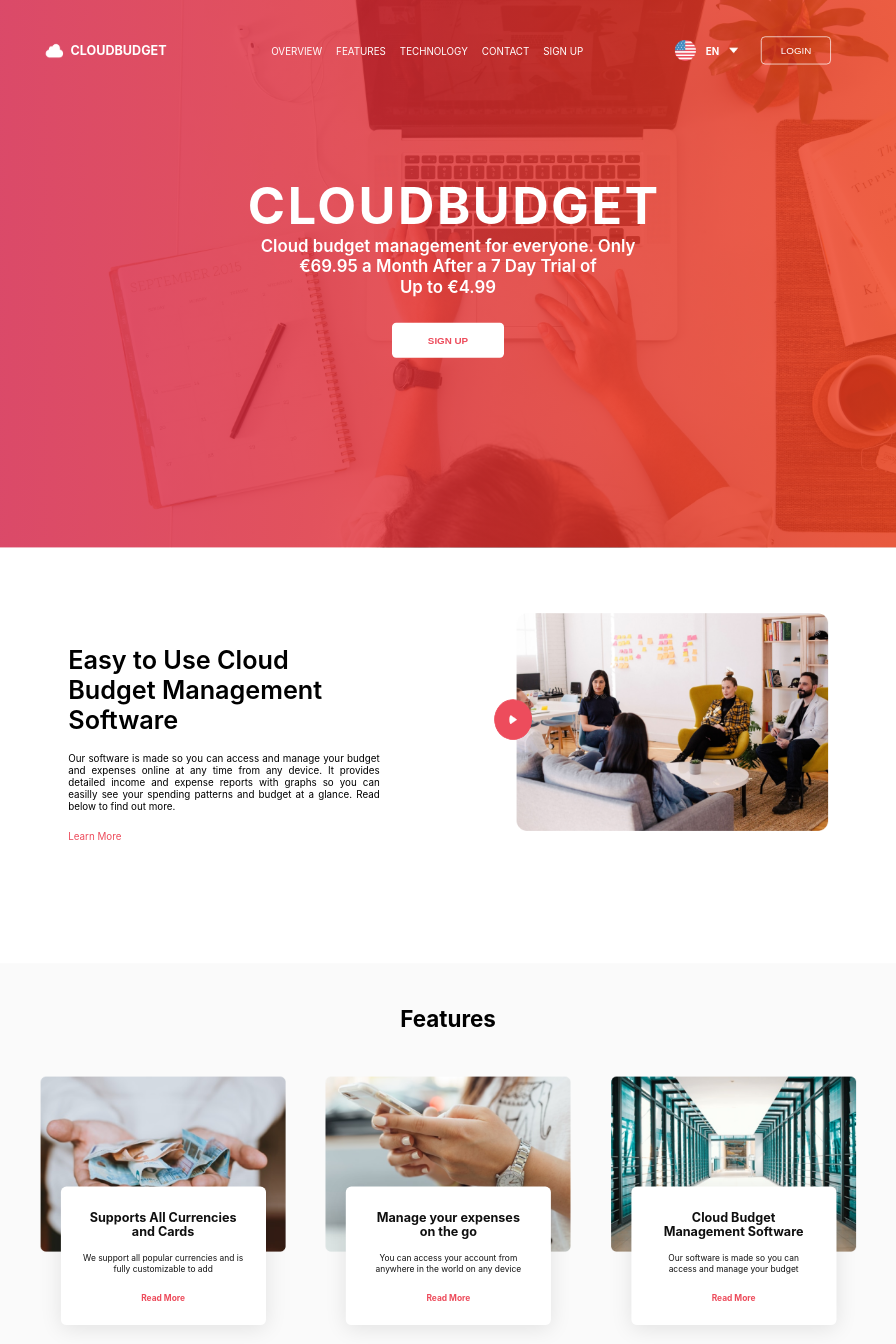
Repository: Ola-22/cloudBudget
Page: /
These files come from the project's save history. The page is drawn as it stood at one moment and after the next save; the edit follows.
The browser window is 1280 px wide. The pictures show the part of the page from y = 0 to 1920 px (the page is 4028 px tall), at 70% of full size.
The project was rebuilt for these pictures with package versions that can differ from the ones it lists, and the page was loaded fresh each time.

Above is the page before, as saved 2021-09-14 18:11:53.

### src/App.js
import "./App.css";
import {
  Navbar,
  MainContent,
  VideoSection,
  Features,
  Technology,
  AppDownload,
  Contact,
  Footer,
} from "./components/component-path";

function App() {
  return (
    <div className="App">
      <div
        className="app-main"
        style={{
          backgroundImage:
            "linear-gradient(90deg, rgba(213, 32, 71, 0.8) 0%, rgba(238, 61, 27, 0.8) 100%),url(/images/bg.png)",
          height: "782px",
        }}
      >
        <Navbar />
        <MainContent />
      </div>
      <VideoSection />
      <Features />
      <Technology />
      <AppDownload />
      <Contact />
      <Footer />
    </div>
  );
}

export default App;

### src/App.css
*{
  margin: 0;
  padding: 0;
  box-sizing: border-box;
}

.app-main{
  /* height: 782px; */
  background-position: center;
  background-repeat: no-repeat;
  background-size: cover;
  position: relative;
}

### src/Components/component-path.js
export { default as Navbar } from "./Navbar";
export { default as MainContent } from "./MainContent";
export { default as VideoSection } from "./VideoSection";
export { default as Features } from "./Features";
export { default as Technology } from "./Technology";
export { default as AppDownload } from "./AppDownload";
export { default as Contact } from "./Contact";
export { default as Footer } from "./Footer";

### src/Components/Navbar/index.jsx
import "./style.scss";
import { Link, BrowserRouter as Router } from "react-router-dom";

function Navbar() {
  return (
    <div className="nav-main">
      <div className="nav-box">
        <img src="/images/Vector.png" alt="" />
        <h3>CLOUDBUDGET</h3>
      </div>
      <Router>
        <nav>
          <Link to="/">overview</Link>
          <Link to="/">features</Link>
          <Link to="/">technology</Link>
          <Link to="/">contact</Link>
          <Link to="/">sign up</Link>
        </nav>
      </Router>
      <div style={{ display: "flex", cursor: "pointer" }}>
        <div className="flag-box">
          <img src="/images/flag.png" alt="" />
          <h4>EN</h4>
          <img src="/images/vector2.png" alt="" />
        </div>
        <button>Login</button>
      </div>
    </div>
  );
}

export default Navbar;

### src/Components/MainContent/index.jsx
import "./style.css";

export default function MainContent() {
  return (
    <div className="main-content">
      <h1>CloudBudget</h1>
      <p>
        Cloud budget management for everyone. Only €69.95 a Month After a 7 Day
        Trial of
        <br /> Up to €4.99
      </p>
      <button>sign up</button>
    </div>
  );
}

### src/Components/VideoSection/index.jsx
import "./style.scss";

export default function VideoSection() {
  return (
    <div className="videoMain">
      <div className="video-content">
        <h2>Easy to Use Cloud Budget Management Software</h2>
        <p>
          Our software is made so you can access and manage your budget and
          expenses online at any time from any device. It provides detailed
          income and expense reports with graphs so you can easilly see your
          spending patterns and budget at a glance. Read below to find out more.
        </p>
        <a href="#">Learn More</a>
      </div>
      <div>
        <img src="/images/play.png" alt="" />
        <img src="/images/Video_bg.png" alt="" />
      </div>
    </div>
  );
}

### src/Components/Features/index.jsx
import FeaturesCard from "./FeaturesCard";
import "./style.scss";

export default function Features() {
  return (
    <div className="features-main">
      <h1>Features</h1>
      <div>
        <FeaturesCard
          src="/images/features1.png"
          title="Supports All Currencies and Cards"
          paragraph="We support all popular currencies and is fully customizable to add"
          readmore="Read More"
        />
        <FeaturesCard
          src="/images/features2.png"
          title="Manage your expenses on the go"
          paragraph="You can access your account from anywhere in the world on any device"
          readmore="Read More"
        />
        <FeaturesCard
          src="/images/features3.png"
          title="Cloud Budget Management Software"
          paragraph="Our software is made so you can access and manage your budget"
          readmore="Read More"
        />
      </div>
    </div>
  );
}

### src/Components/Technology/index.jsx
import "./style.scss";
import TechCard from "./TechCard";

export default function Technology() {
  return (
    <div className="tech-main">
      <h1>Technology</h1>
      <div>
        <TechCard
          src="/images/tech1.png"
          title="Cloud Storage"
          paragraph="Access your account from anywhere in the world on any device"
          background="01.png"
        />
        <TechCard
          src="/images/tech2.png"
          title="Secure"
          paragraph="All your information is stored on secure cloud servers"
          background="02.png"
        />
        <TechCard
          src="/images/tech3.png"
          title="PDF Download"
          paragraph="Download any of your reports in PDF format"
          background="03.png"
        />
        <TechCard
          src="/images/tech4.png"
          title="CSV Download"
          paragraph="All your information is stored on secure cloud servers"
          background="04.png"
        />
      </div>
    </div>
  );
}

### src/Components/AppDownload/index.jsx
import "./style.scss";

export default function AppDownload() {
  return (
    <div className="download-main">
      <div>
        <h1>Stay focused on saving money</h1>
        <p>
          It is important to stay focused on saving money in any way you can. We
          help you monitor your spending habits so you can easily spot and cut
          any unnecessary expenses. Simply join today to get started!
        </p>
        <img src="/images/playstore.png" alt="" />
        <img src="/images/applestore.png" alt="" />
        <img src="/images/windows.png" alt="" />
      </div>
      <div>
        <div>
          <img src="/images/Video_bg3.png" alt="" />
          <img src="/images/Video_bg2.png" alt="" />
        </div>
        <img src="/images/Video_bg1.png" alt="" />
      </div>
    </div>
  );
}

### src/Components/Contact/index.jsx
import "./style.scss";
import Input from "./Input";

export default function Contact() {
  return (
    <div className="contact-main">
      <div>
        <h4>Contact</h4>
        <p>
          Questions or concerns? Just fill out the form below and our support
          team will get back to you within 24 hours
        </p>
      </div>
      <div>
        <div>
          <Input
            name="first_name"
            id="first_name"
            type="text"
            // onChange={this.handleChange}
            // value={email}
            placeholder="First Name"
          />
          <Input
            name="last_name"
            id="last_name"
            type="text"
            // onChange={this.handleChange}
            // value={email}
            placeholder="Last Name"
          />
        </div>
        <div>
          <Input
            name="phone"
            id="phone"
            type="text"
            // onChange={this.handleChange}
            // value={email}
            placeholder="Phone Number"
          />
        </div>

        <select name="service" id="service">
          <option value="other">Select Service</option>
          <option value="other">other</option>
          <option value="other">other</option>
          <option value="other">other</option>
        </select>
        <button>Submit now</button>
      </div>
    </div>
  );
}

### src/Components/Footer/index.jsx
import "./style.scss";

export default function Footer() {
  return (
    <div className="footer-main">
      <div>
        <h3>Address</h3>
        <ul>
          <li> Pipang Ltd, Griva Digeni,</li>
          <li>81-83 Jacovides Tower, 1st Floor</li>
          <li>1090 Picosia USA</li>
        </ul>
        <p>Copyright 2018 CloudBudget</p>
      </div>

      <div>
        <h3>Services</h3>
        <ul>
          <li>Overview</li>
          <li>Features</li>
          <li>Technology</li>
          <li>Terms & Conditions</li>
          <li>Privecy</li>
        </ul>
      </div>
      <div>
        <h3>Get in Touch</h3>
        <ul>
          <li>info@cloudbudget.com</li>
          <li>+1 844-721-7120</li>
        </ul>
        <div>
          <a href="https://www.facebook.com/">
            <img src="/images/facebook.png" alt="" />
          </a>
          <a href="https://www.linkedin.com/">
            <img src="/images/linkedin.png" alt="" />
          </a>
          <a href="https://twitter.com/">
            <img src="/images/twitter.png" alt="" />
          </a>
        </div>
      </div>
      <div>
        <h3>We Support</h3>
        <img src="/images/secure.png" alt="" />
      </div>
    </div>
  );
}

### src/Components/Navbar/style.scss
@import "../../styles/variables.scss";

.nav-main{
  display: flex;
  align-items: center;
  justify-content: space-around;
  padding-top: 52px;
  & >nav{
    display: flex;
    & >a {
      margin-left: 20px;
      text-transform: uppercase;
      color: $whiteColor;
      font-size: 14px;
      text-decoration: none;
    }
  }

  & button{
    width: 100px;
    height: 40px;
    background-color: transparent;
    border-radius: 6px;
    border: 1px solid $whiteColor;
    font-size: 14px;
    text-transform: uppercase;
    color: $whiteColor;
    margin-inline-start: 28.81px;
    margin-inline-end: 28px;
  }
}

.nav-box{
  display: flex;
  // margin-left: 5%;
  & > h3{
    font-size: 18px;
    margin-left: 9.9px;
    color: white;
  }
}

.flag-box{
  display: flex;
  align-items: center;
  width: 96px;
  & > h4{
    font-size: 14px;
    color: $whiteColor;
    margin-inline-start: 13.81px;
    margin-inline-end: 13.81px;
  }
}

### src/Components/MainContent/style.css
.main-content {
  display: -webkit-box;
  display: -ms-flexbox;
  display: flex;
  -webkit-box-align: center;
      -ms-flex-align: center;
          align-items: center;
  -webkit-box-orient: vertical;
  -webkit-box-direction: normal;
      -ms-flex-direction: column;
          flex-direction: column;
  color: #ffffff;
  margin-top: 158px;
}

.main-content > h1 {
  font-size: 72px;
  text-transform: uppercase;
  margin-left: 18px;
  letter-spacing: 0.05em;
}

.main-content > p {
  font-size: 24px;
  width: 540px;
  height: 124px;
  font-weight: 600;
  overflow-wrap: break-word;
  text-align: center;
  margin: 0;
}

.main-content > button {
  background-color: #ffffff;
  border-radius: 6px;
  width: 160px;
  height: 50px;
  font-size: 14px;
  text-transform: uppercase;
  color: #ED4C5C;
  border: none;
  font-weight: 600;
  cursor: pointer;
}
/*# sourceMappingURL=style.css.map */

### src/Components/VideoSection/style.scss
@import "../../styles/variables.scss";

.videoMain{
  display: flex;
  justify-content: space-around;
  margin-top: 94px;
  height: 500px;
  flex-wrap: wrap;
  & > div:last-of-type{
    position: relative;
    & img:first-of-type{
      border: 1px solid $btnColor;
      background-color: $btnColor;
      border-radius: 50%;
      padding: 20px;
      // width: 18px;
      position: absolute;
      margin-top: 123px;
      left: -32px;
    }
  }
}

.video-content{
  width: 445px;
  & > h2{
    font-size: 36px;
    line-height: 43px;
    margin-top: 46px;
    font-weight: 600;
  }
  & > p{
    font-size: 14px;
    text-align: justify;
    margin: 24px 0;
  }
  & > a{
    color: $btnColor;
    font-size: 14px;
    text-decoration: none;
  }
}

### src/Components/Features/FeaturesCard/index.js
import "./style.scss";

export default function FeaturesCard({ src, title, paragraph, readmore }) {
  return (
    <div className="features-card">
      <img src={src} alt="" />
      <div>
        <h3>{title}</h3>
        <p>{paragraph}</p>
        <a href="#">{readmore}</a>
      </div>
    </div>
  );
}

### src/Components/Features/style.scss
.features-main{
  background-color: #fafafa;
  // padding-top: 60px;
  height: 600px;
  & >h1{
    text-align: center;
    padding-top: 60px;
    padding-bottom: 63px;
  }
  & > div:first-of-type{
    display: flex;
    justify-content: space-evenly;
    height: 660px;
    flex-wrap: wrap;
  }
}

### src/Components/Technology/style.scss
.tech-main{
   height: 500px;

   & > h1{
     font-size: 36px;
     text-align: center;
     padding-top: 63px;
     padding-bottom: 52px;
   }

  & > div:first-of-type{
    display: flex;
    justify-content: space-evenly;
    flex-wrap: wrap;
  }
}

### src/Components/Technology/TechCard/index.jsx
import "./style.scss";

export default function TechCard({ src, title, paragraph, background }) {
  return (
    <div
      className="tech-card"
      style={{
        backgroundImage: `url(/images/${background}`,
        backgroundRepeat: "no-repeat",
        position: "relative",
        backgroundPosition: "center top",
      }}
    >
      <img src={src} alt="" />
      <h2>{title}</h2>
      <p>{paragraph}</p>
    </div>
  );
}

### src/Components/AppDownload/style.scss
@import "../../styles/variables.scss";

.download-main{
  background-color: $btnColor;
  height: 500px;
  color: $whiteColor;
  display: flex;
  justify-content: space-evenly;
  position: relative;
  &>div:first-of-type{
    width: 445px;
    & > h1{
      margin-top: 122px;
      width: 445px;
      font-size: 36px;
      font-weight: 600;
      margin-bottom: 24px;
    }
    & >p{
      margin-bottom: 44px;
      font-size: 14px;
      text-align: justify;
    }
    & > img:not(:first-of-type){
      margin-left: 25px;
    }
  }
  &>div:last-of-type{
    width: 533px;
    position: relative;
    padding-top: 116px;
    & > div {
    display: flex;
    position: relative;
    & >img:first-of-type{
      position: absolute;
      left: 150px;
    }
    }
    & > img{
      position: absolute;
      left: 44px;
      top: 94px;
    }
  }
}

### src/Components/Contact/style.scss
@import "../../styles/variables.scss";

.contact-main{
  display: flex;
  margin-top: 117px;
  justify-content: space-evenly;
  height: 500px;
  &> div:first-of-type{
    width: 445px;
    height: 160px;
    & > h4{
      font-size: 36px;
      font-weight: 600;
      height: 107px;
    }
    & >p{
      height: 64px;
      font-size: 14px;
      text-align: justify;
    }
  }
  &>div:last-of-type{
    width: 540px;
    height: 305px;

    & input, & select{
       height: 60px;
       border-radius: 6px;
       font-size: 16px;
       color: rgba(19,39,67,0.5);
       padding-left: 31px;
       outline: none;
       border: 1px solid #333333;
    }

    & input, & >select{
      width: 540px;
      margin-top: 24px;
    }

    &>div:first-of-type{
       &  input{
       width: 255px;
      &:last-of-type{
        margin-left: 30px;
      }
    }
    }


    & > button{
      background-color: $btnColor;
      border-radius: 6px;
      width: 161px;
      height: 50px;
      margin-top: 27px;
      border: 1px solid $btnColor;
      color: $whiteColor;
      text-transform: uppercase;
      font-size: 14px;
    }
  }
}

### src/Components/Contact/Input/index.jsx
// import React from "react";

export default function Input({
  name,
  type,
  onChange,
  value,
  placeholder,
  id,
}) {
  return (
    <>
      <input
        name={name}
        type={type}
        id={id}
        onChange={onChange}
        value={value}
        placeholder={placeholder}
        className="inputLog"
      />
    </>
  );
}

### src/Components/Footer/style.scss
.footer-main{
  display: flex;
  flex-wrap: wrap;
  height: 435px;
  background-color: #fafafa;
  padding-top: 85px;
  justify-content: space-evenly;

  & h3{
    font-size: 18px;
    height: 22px;
  }

  & ul {
    list-style: none;
    margin-top: 33px;
    font-size: 12px;
    text-align: justify;
    line-height: 19.4px;
    &:nth-of-type(1), :nth-of-type(2){
        width: 254px;
    }
  }

  & > div:nth-of-type(3){
    & > ul{
       & > li:nth-of-type(2){
      margin-top: 11px;
      margin-bottom: 25.25px;
    }
    }

    & a:not(:first-of-type){
      margin-left: 16.67px;
    }
  }

  & > div:last-of-type{
    & >img{
      margin-top: 33px;
    }
  }

  & p {
    font-size: 12px;
    margin-top: 141px;
  }

}

### src/styles/variables.scss
$whiteColor: #ffffff;
$blackColor: #000000;
$orangeColor: #EE3D1B;
$pinkColor: #D52047;
$btnColor: #ED4C5C;

### src/Components/Features/FeaturesCard/style.scss
@import "../../../styles/variables.scss";


.features-card{
  position: relative;
  text-align: center;
  & > div{
    background-color: $whiteColor;
    position: absolute;
    top: 157px;
    width: 293px;
    height: 198px;
    left: 29px;
    box-shadow: 0px 5px 30px rgba(0, 0, 0, 0.1);
    display: flex;
    flex-direction: column;
    align-items: center;
    color: #101010;
    border-radius: 8px;
    & > h3{
      margin-top: 33px;
      margin-bottom: 20px;
      font-size: 18px;
      width: 229px;
    }
    & > p{
      font-size: 12px;
      width: 229px;
      height: 57px;
    }
    & > a{
      color: $btnColor;
      font-size: 12px;
      font-weight: bold;
      text-decoration: none;
    }
  }
}

### src/Components/Technology/TechCard/style.scss
.tech-card{
  width: 255px;
  height: 226px;
  display: flex;
  flex-direction: column;
  align-items: center;
  flex-wrap: wrap;
  & > img{
    margin-top: 44px;
    width: 80px;
    height: 80px;
    object-fit: contain;
  }
  & >h2{
    font-size: 18px;
    margin-bottom: 10px;
    margin-top: 8px;
  }
  & > p{
    font-size: 12px;
    width: 191px;
    height: 51px;
    text-align: center;
    line-height: 14px;
  }
}

Loaded but not shown: public/index.html (common file); src/index.js (common file); src/index.css (common file); src/reportWebVitals.js (common file)

After the next save:
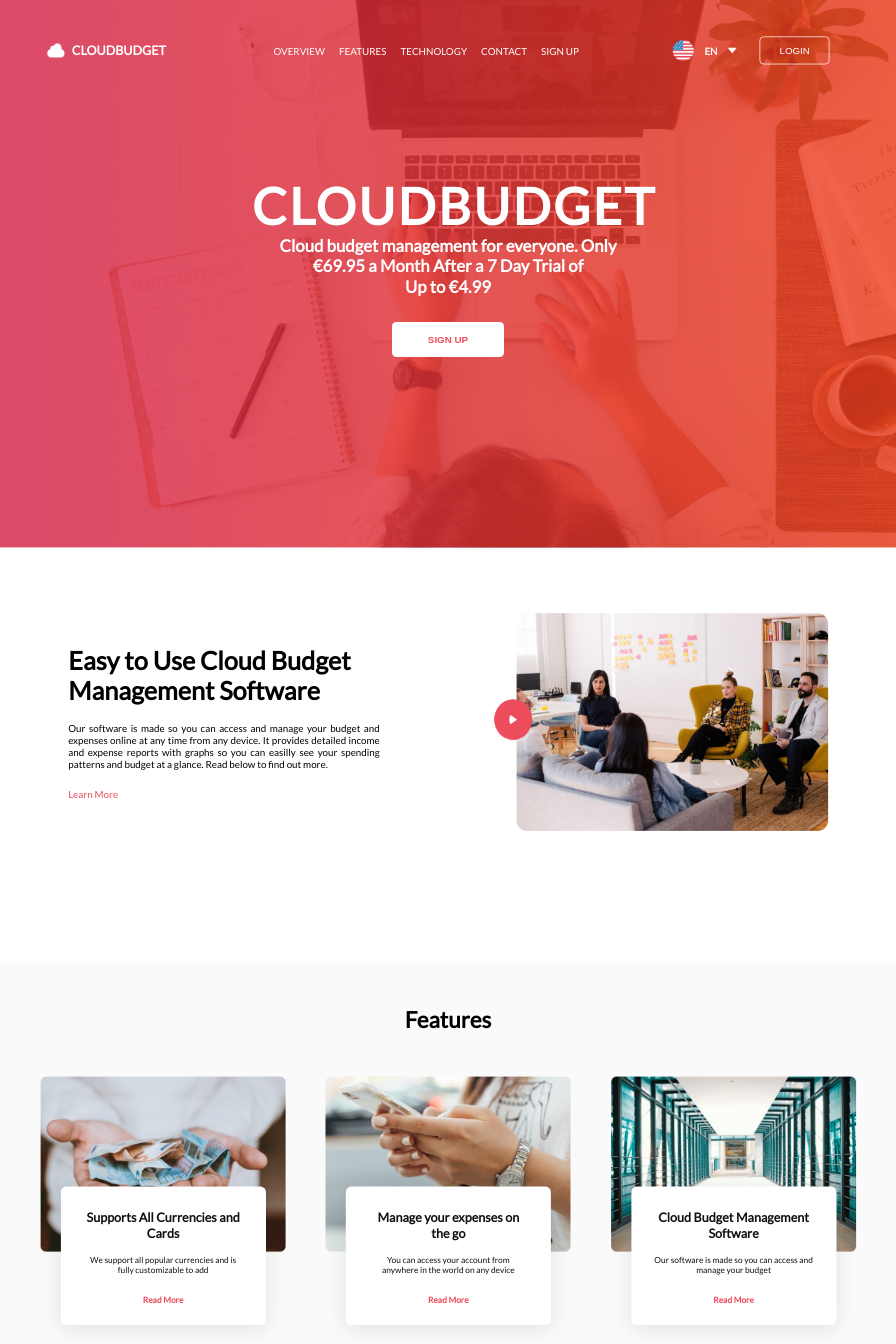
Saved 4 min 18 s later.
--- a/src/App.css
+++ b/src/App.css
@@ -1,3 +1,9 @@
+@import url('https://fonts.googleapis.com/css2?family=Lato&display=swap');
+
+body{
+  font-family: "lato";
+}
+
 *{
   margin: 0;
   padding: 0;
@@ -5,7 +11,6 @@
 }
 
 .app-main{
-  /* height: 782px; */
   background-position: center;
   background-repeat: no-repeat;
   background-size: cover;
